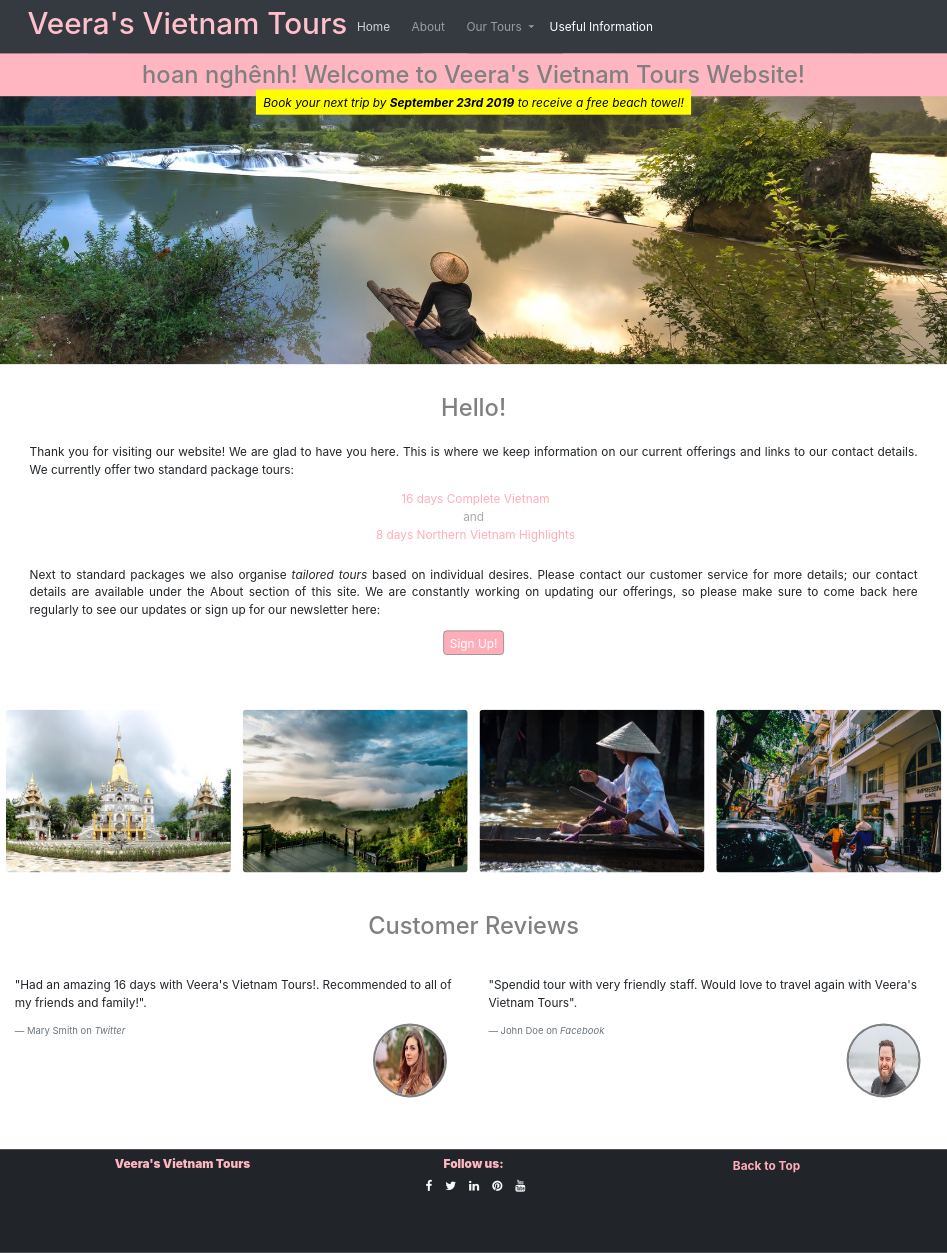
Repository: VAhola/VietnamTour
Page: index.html
The author's editor kept a record of every edit. The page is drawn from the files as they stood at one moment, then again after the next edit.
The browser window is 1280 px wide. The pictures show the whole page, at 74% of full size.

Above is the page before.

### index.html
<!DOCTYPE html>
<html lang="en">
   <head>
      <meta charset="UTF-8">
      <meta name="viewport" content="width=device-width, initial-scale=1.0">
      <meta http-equiv="X-UA-Compatible" content="ie=edge">
      <link rel="stylesheet" href="https://stackpath.bootstrapcdn.com/bootstrap/4.3.1/css/bootstrap.min.css" type="text/css" />
      <link rel="stylesheet" href="https://stackpath.bootstrapcdn.com/font-awesome/4.7.0/css/font-awesome.min.css" type="text/css" />
      <link rel="stylesheet" href="Assets/stylesheet/style.css" type="text/css" />
      <title>Vietnam Project</title>
   </head>
   <body>
      <!--Nav-->
      <nav class="navbar navbar-dark navbar-expand-sm bg-dark top">
         <a class="navbar-brand title"></a>
         <h1 style="color:pink;">Veera's Vietnam Tours <br></h1>
         <button class="navbar-toggler ml-auto" type="button" data-toggle="collapse" data-target="#navbarNavDropdown" aria-controls="navbarNavDropdown" aria-expanded="false" aria-label="Toggle navigation">
         <span class="navbar-toggler-icon"></span></button>
         <div class="collapse navbar-collapse" id="navbarNavDropdown">
            <ul class="navbar-nav mr-auto">
               <li class="nav-item mr-2"><a class="nav-link" href="index.html" style="color:lightgray;">Home</a></li>
               <li class="nav-item mr-2"><a class="nav-link" href="about.html">About</a></li>
               <li class="nav-item dropdown">
                  <a class="nav-link dropdown-toggle" href="#" id="navbarDropdownMenuLink" role="button" data-toggle="dropdown" aria-haspopup="true" aria-expanded="false">
                  Our Tours
                  </a>
                  <div class="dropdown-menu" aria-labelledby="navbarDropdownMenuLink">
                     <a class="dropdown-item" href="16d.html">16 Day Complete Vietnam</a>
                     <a class="dropdown-item" href="8d.html">8 Days Vietnam at glance</a>
                  </div>
               </li>
               <li class="active nav-item mr-2"><a class="nav-link" href="Info.html">Useful Information</a></li>
            </ul>
         </div>
      </nav>
      <!-- /.nav -->
      <!--Banner-->
      <div class="section1">
         <h2 class="intro">
            hoan nghênh! Welcome to Veera's Vietnam Tours Website!
         </h2>
         <div class=container4>
            <p><em>Book your next trip by <strong>September 23rd 2019</strong> to receive a free beach towel!</em></p>
         </div>
      </div>
      <!-- /.banner -->
      <!--Main-->
      <div class=wrapper>
         <div class="welcome">
            <h2> Hello!</h2>
            <div class="desth">
               <p>Thank you for visiting our website! We are glad to have you here.
                  This is where we keep information on our current offerings and links to our contact details.
                  We currently offer two standard package tours:
               </p>
               <div class="tours">
                  <p class="compact"><a href="16d.html" style="color:#ffaeb9">16 days Complete Vietnam</a></p>
                  <p class="compact">and</p>
                  <p class="compact"><a href="8d.html" style="color:#ffaeb9">8 days Northern Vietnam Highlights</a></p>
               </div>
               <p>Next to standard packages we also organise <em>tailored tours</em> based on individual desires. Please contact our customer service for more details; our contact details are available under the About section of this site. We are constantly working on updating our offerings, so please make sure to come back here regularly to see our updates or sign up for our newsletter here:
                  <br>
            </div>
            <div class="center">
               <p><button class="btn btn-lg btn-success1" style=text-align:center data-toggle="modal" data-target="#signUpModal">Sign Up!</button></p>
            </div>
         </div>
         <div class="gallery">
            <figure>
               <img src="Assets/pictures/pagoda-704657_640.jpg" class="gallery__img bicubic" alt="Beautiful pagoda">
            </figure>
            <figure>
               <img src="Assets/pictures/pagoda-2096468_640.jpg" class="gallery__img bicubic" alt="Misty mountain forest view">
            </figure>
            <figure>
               <img src="Assets/pictures/vietnam-630445_640.jpg" class="gallery__img bicubic" alt="Boat on a river">
            </figure>
            <figure>
               <img src="Assets/pictures/architecture-buildings-car-1004122.jpg" class="gallery__img bicubic" alt="Small town street">
            </figure>
         </div>
         <h2>Customer Reviews</h2>
         <div class="clearfix">
            <div class="box">
               <div>
                  <p>"Had an amazing 16 days with Veera's Vietnam Tours!. Recommended to all of my friends and family!".</p>
                  <img src="Assets/pictures/beautiful-blur-blurred-background-733872.jpg" class="rounded-circle mr-3 d-none d-sm-block quote" alt="young woman" height=100 width=100>
                  <footer class="blockquote-footer">Mary Smith on <cite title="Twitter">Twitter</cite></footer>
               </div>
            </div>
            <div class="box">
               <div>
                  <p>"Spendid tour with very friendly staff. Would love to travel again with Veera's Vietnam Tours".</p>
                  <img src="Assets/pictures/adult-beach-casual-736716.jpg" class="rounded-circle mr-3 d-none d-sm-block quote" alt="young man" height=100 width=100>
                  <footer class="blockquote-footer">John Doe on <cite title="Facebook">Facebook</cite></footer>
               </div>
            </div>
         </div>
      </div>
      <!-- /.Main -->
      <!--Footer-->
      <footer class="container-fluid site">
         <div class="col-md-12 center">
            <div class="row contacts">
               <div class="col-md-4">
                  <h6>Veera's Vietnam Tours</h6>
               </div>
               <div class="col-md-4">
                  <h6 class="inline-block center">Follow us:</h6>
                  <ul class="list-inline center">
                     <li class="list-inline-item">
                        <a target="_blank" href="https://www.facebook.com/veera.ahola.129">
                        <i class="fa fa-facebook" aria-hidden="true"></i>
                        <span class="sr-only">Facebook</span>
                        </a>
                     </li>
                     <li class="list-inline-item">
                        <a target="_blank" href="https://twitter.com/Veeruska822?s=09">
                        <i class="fa fa-twitter" aria-hidden="true"></i>
                        <span class="sr-only">Twitter</span>
                        </a>
                     </li>
                     <li class="list-inline-item">
                        <a target="_blank" href="https://www.linkedin.com/in/veera-ahola-00953338/">
                        <i class="fa fa-linkedin" aria-hidden="true"></i>
                        <span class="sr-only">LinkedIn</span>
                        </a>
                     </li>
                     <li class="list-inline-item">
                        <a target="_blank" href="https://nl.pinterest.com/veera_ahola/">
                        <i class="fa fa-pinterest" aria-hidden="true"></i>
                        <span class="sr-only">Pinterest</span>
                        </a>
                     </li>
                     <li class="list-inline-item">
                        <a target="_blank" href="https://www.youtube.com/channel/UCawn1F9I_RYI6wbVp3dZoCg?view_as=subscriber">
                        <i class="fa fa-youtube" aria-hidden="true"></i>
                        <span class="sr-only">YouTube</span>
                        </a>
                     </li>
                  </ul>
               </div>
               <div class="col-md-4">
                  <a href="#top" style="color:#ffaeb9"><strong>Back to Top<strong></a>
               </div>
            </div>
         </div>
         <div class= "push"></div>
      </footer>
      <!-- /.Footer -->
      <!--Sign Up Modal-->
      <div class="modal" tabindex="-1" role="dialog" id="signUpModal">
         <div class="modal-dialog" role="document">
            <div class="modal-content">
               <div class="modal-header">
                  <h5 class="modal-title">Sign Up For Veera's Vietnam Tours Newsletter!</h5>
                  <button type="button" class="close" data-dismiss="modal" aria-label="Close">
                  <span aria-hidden="true">&times;</span>
                  </button>
               </div>
               <div class="modal-body">
                  <form>
                     <div class="form-group">
                        <label for="exampleInputEmail1">Email address</label>
                        <input type="email" class="form-control" id="exampleInputEmail1" aria-describedby="emailHelp" placeholder="Enter email">
                        <small id="emailHelp" class="form-text text-muted">We'll never share your email with anyone else.</small>
                     </div>
                     <div class="form-group">
                        <label for="Name">Name</label>
                        <input type="text" class="form-control" id="Name" placeholder="You Name">
                     </div>
                     <button type="submit" class="btn btn-success1">Submit</button>
                  </form>
               </div>
            </div>
         </div>
      </div>
      <!-- /.Sign Up Modal -->
      <!-- JS Scripts -->
      <script src="https://code.jquery.com/jquery-3.3.1.slim.min.js" integrity="sha384-q8i/X+965DzO0rT7abK41JStQIAqVgRVzpbzo5smXKp4YfRvH+8abtTE1Pi6jizo" crossorigin="anonymous"></script>
      <script src="https://cdnjs.cloudflare.com/ajax/libs/popper.js/1.14.3/umd/popper.min.js" integrity="sha384-ZMP7rVo3mIykV+2+9J3UJ46jBk0WLaUAdn689aCwoqbBJiSnjAK/l8WvCWPIPm49" crossorigin="anonymous"></script>
      <script src="https://stackpath.bootstrapcdn.com/bootstrap/4.1.3/js/bootstrap.min.js" integrity="sha384-ChfqqxuZUCnJSK3+MXmPNIyE6ZbWh2IMqE241rYiqJxyMiZ6OW/JmZQ5stwEULTy" crossorigin="anonymous"></script>
   </body>
</html>

### Assets/stylesheet/style.css
html {
	border: none;
	height: 100%;
	margin: 0;
}

body: {
	height: 100%;
	margin: 0;
}

a {
	color: #fafafa;
	margin-left: 5px;
}

article {
	margin: 5px;
}

h2 {
	color: gray;
	text-align: center;
	padding-bottom: 20px;
	padding-top: 20px;
}

h3 {
	color: ;
	text-align: center;
	padding-bottom: 20px;
	padding-top: 20px;
}

h5 {
	color: #ffb6c1;
	text-align: center;
	margin-top: 20px;
	margin-bottom: 10px;
	text-decoration: underline;
}

H6 {
	font-weight: 900;
	color: #ffb6c1;
}

li {
	list-style: none;
}

dl,
ol,
ul {
	margin-top: 0;
	margin-bottom: 1rem;
	padding: 0;
}


/* Styling the header */

.button {
	color: white;
}

.navbar-dark .navbar-brand {
	color: #ffb6c1;
}

.dropdown-menu {
	background-color: #4F4F4F;
}

.dropdown-item {
	color: #b9bec3;
}


/* Styling button */

.btn-group-lg>.btn,
.btn-lg {
	padding: .2rem .5rem;
	font-size: 1rem;
	line-height: 1.5;
}

.btn-success1 {
	color: #fff;
	background-color: #ffaeb9;
	border-color: gray;
	border-width: thin;
}

.btn-success2 {
	color: black;
	background-color: yellow;
	border-color: yellow;
	border-width: thin;
}


/*Styling Image galleries */

img {
	-ms-interpolation-mode: bicubic;
}

.bicubic {
	-ms-interpolation-mode: bicubic;
	image-rendering: optimizeQuality;
}

.gallery__img {
	width: 100%;
	height: 100%;
	object-fit: cover;
	border-radius: 5px;
}

.gallery {
	display: grid;
	display: -ms-flexbox;
	grid-template-columns: repeat(4, 1fr);
	grid-gap: 10px;
	padding-top: 5px;
	margin: 30px 5px;
}

.gallery1 {
	display: grid;
	display: -ms-flexbox;
	grid-template-columns: repeat(3, 1fr);
	padding-top: 0px;
	margin: 0px 0px 30px 0px;
}

.gallery2 {
	display: grid;
	display: -ms-grid;
	grid-template-columns: repeat(2, 3fr);
	grid-gap: 2px;
	padding-top: 20px;
	padding-bottom: 20px;
	padding-right: 10px;
	margin: 0px;
}

.gallery__items--3 {
	grid-column-start: 1;
	grid-column-end: 3;
	grid-row-start: 2;
	grid-row-end: 3;
}

.gallery__itemy--3 {
	grid-column-start: 1;
	grid-column-end: 3;
	grid-row-start: 2;
	grid-row-end: 3;
}

.gallery3 {
	display: grid;
	display: -ms-grid;
	grid-template-columns: repeat(2, 3fr);
	grid-gap: 2px;
	padding-top: 20px;
	padding-bottom: 20px;
	padding-right: 10px;
	margin: 0px;
}

figure {
	margin: 3px;
}


/* Styling Index.html */

.section1 {
	background-size: cover;
	text-align: center;
	background-image: url(../pictures/bamboo-boat-clouds-cloudscape-2132098.jpg);
	background-repeat: no-repeat;
	min-height: 420px;
	color: black;
	padding: 0px;
	background-position-y: bottom;
	background-position-x: center;
	background-color: darkgray;
}

.intro {
	background-color: #ffb6c1;
	padding: 10px 5px;
	color: gray;
	margin-bottom: 0px;
}

div.container4 {
	height: 1em;
	position: relative;
}

div.container4 p {
	margin: 0;
	background: yellow;
	position: absolute;
	top: 50%;
	left: 50%;
	margin-right: -50%;
	transform: translate(-50%, -50%);
	display: unset;
	padding: 5px 10px;
}

.welcome {
	padding: 20px 20px;
}

.desth {
	margin-left: 20px;
	margin-right: 20px;
	text-align: justify;
}

.tours {
	color: darkgray;
	text-align: center;
	margin-bottom: 30px;
}

.compact {
	margin: 0;
}

img.quote {
	border-style: solid;
	border-color: gray;
	float: right;
}

* {
	box-sizing: border-box;
}

div.box {
	float: left;
	width: 50%;
	padding: 20px;
	margin-bottom: 20px;
}

.clearfix::after {
	content: "";
	clear: both;
	display: table;
	padding: 20px;
	margin-bottom: 40px;
}


/* Styling About.html */

.about_us {
	text-align: justify;
	margin: 0px 40px 40px 40px;
}

.contacts {
	margin-left: 20px;
	margin-right: 20px;
	margin-bottom: 20px;
}

div.center {
	text-align: center;
}


/* Styling 8d.html */

.tours1 {
	margin: 20px;
	10px
}

.section5 {
	background-size: cover;
	text-align: center;
	background-image: url(../pictures/IMG-20190712-WA0006_a.jpg);
	background-repeat: no-repeat;
	min-height: 380px;
	color: black;
	padding: 0px;
	background-position-y: bottom;
	background-position-x: center;
}


/* Styling 16d.html */

.section4 {
	background-size: cover;
	text-align: center;
	background-image: url(../pictures/vietnam-2139871_1920_a.jpg);
	background-repeat: no-repeat;
	min-height: 380px;
	color: black;
	padding: 0px;
	background-position-y: bottom;
	background-position-x: center;
}


/*  Styling Info.html */

.info_left {
	border: 3px solid #ddd;
	border-radius: 4px;
	width: 220px;
	margin-right: 10px;
}

.info_right {
	border: 2px solid #ddd;
	border-radius: 4px;
	width: 220px;
	margin-left: 10px;
}

.section2 {
	background-size: cover;
	text-align: center;
	background-image: url(../pictures/chaly-pavement-road-2044867.jpg);
	background-repeat: no-repeat;
	min-height: 180px;
	color: black;
	padding: 0px;
	background-position-y: bottom;
	background-position-x: center;
}

img.map_right {
	border: 1px solid #ddd;
	border-radius: 4px;
	width: 220px;
	margin: 20px 10px;
}

.dest {
	margin-left: 20px;
	margin-right: 20px;
	padding: 10px;
	text-align: justify;
	margin-bottom: 10px;
}


/* Custom color Font Awesome */

.pink {
	color: #ffaeb9;
}


/* Styling Footer  */

.wrapper {
	min-height: 100%;
	margin-bottom: -50px;
}

.push {
	height: 50px;
}

footer.site {
	background-color: #212529;
	color: #ffb6c1;
	background-size: cover;
	margin-bottom: 0;
	padding-bottom: 10px;
	padding-top: 10px;
	flex-shrink: 0;
	display: -webkit-box;
	height: 140px;
}

.bottom {
	margin-bottom: 0;
}

div.footer-details.row {
	width: 100%;
}


/* media queries */

@media (max-width:767px) {
	body {
		font-size: small;
	}
	p {
		font-size: small;
	}
	.welcome {
		padding: 5px 5px;
	}
	h1,
	h2,
	h3,
	h4,
	h5,
	h6 {
		font-size: small;
	}
	em {
		font-size: small;
	}
	img.map_right {
		width: 130px;
		margin-left: 5px;
	}
	.info_left {
		width: 120px;
	}
	.info_right {
		width: 120px;
	}
	.dest {
		margin-left: 10px;
		margin-right: 10px;
		padding: 5px;
	}
	.section1 {
		min-height: 180px;
	}
	.section5 {
		background-size: cover;
		text-align: center;
		background-image: url(../pictures/IMG-20190712-WA0006_a.jpg);
		background-repeat: no-repeat;
		min-height: 180px;
		color: black;
		padding: 0px;
		background-position-y: bottom;
		background-position-x: center;
	}
	.section4 {
		background-size: cover;
		text-align: center;
		background-image: url(../pictures/vietnam-2139871_1920_a.jpg);
		background-repeat: no-repeat;
		min-height: 180px;
		color: black;
		padding: 0px;
		background-position-y: bottom;
		background-position-x: center;
	}
	.intro {
		margin-bottom: 15px;
	}
	.btn-group-lg>.btn,
	.btn-lg {
		font-size: 0.7rem;
	}
}

@media (min-width: 768px) and (max-width: 991px) {
	.section2 {
		background-image: url(../pictures/chaly-pavement-road-2044867.jpg);
		min-height: 340px;
	}
}

@media (min-width: 992px) and (max-width: 2800px) {
	.section2 {
		background-image: url(../pictures/chaly-pavement-road-2044867.jpg);
		min-height: 480px;
	}
}

After the next edit:
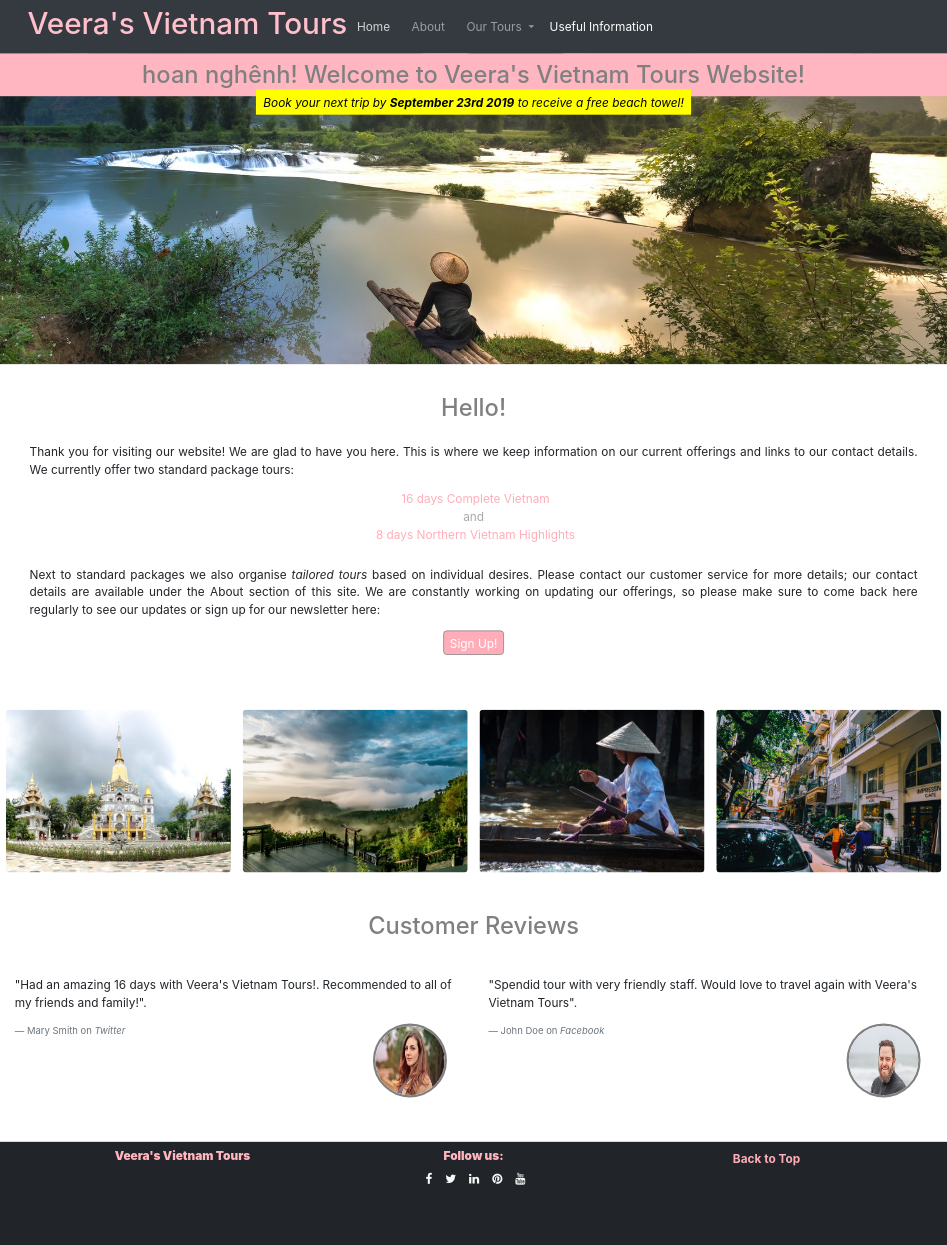
The edit:
--- a/Assets/stylesheet/style.css
+++ b/Assets/stylesheet/style.css
@@ -258,7 +258,7 @@
 	clear: both;
 	display: table;
 	padding: 20px;
-	margin-bottom: 40px;
+	margin-bottom: 30px;
 }
 
 
